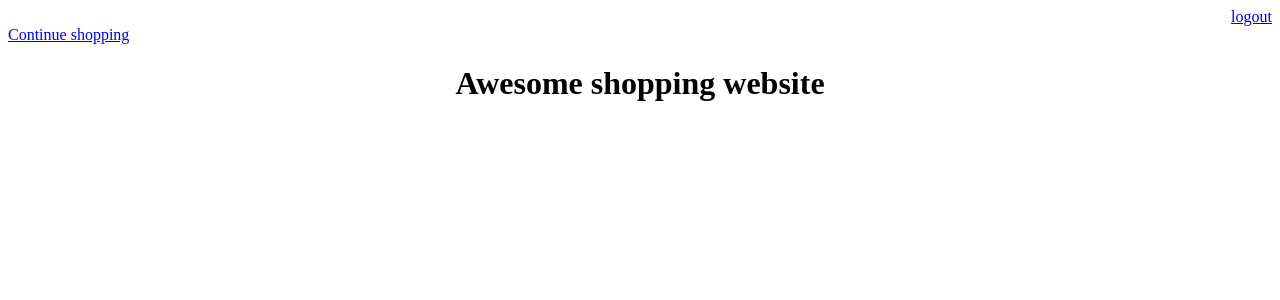
Repository: balu-sadanandan/demo-Shopping-cart-application
Page: http://localhost/shopping-cart/proddesc.jsp
An editor plug-in stored every save of this project. The page is shown before and after the next save, followed by the edit.
The browser window is 1280 px wide. The pictures show the whole page.
The page is served by Tomcat 9. Other server files are loaded and not shown.

Above is the page before, as saved 2017-09-19 04:33:30.

### shopping-cart/WebContent/proddesc.jsp
<%@ page language="java" contentType="text/html; charset=ISO-8859-1"
    pageEncoding="ISO-8859-1"%>
<!DOCTYPE html PUBLIC "-//W3C//DTD HTML 4.01 Transitional//EN" "http://www.w3.org/TR/html4/loose.dtd">
<html>
<head>
<meta http-equiv="Content-Type" content="text/html; charset=ISO-8859-1">
<title>Awesome shopping website</title>
</head>
<body>
 <div align="right">
    <a href="logout">logout</a>

</div>
   <div align="left">
    <a href="listp">Continue shopping</a>

</div>
 <center>
        <h1>Awesome shopping website</h1>
    </center>



</body>
</html>

After the next save:
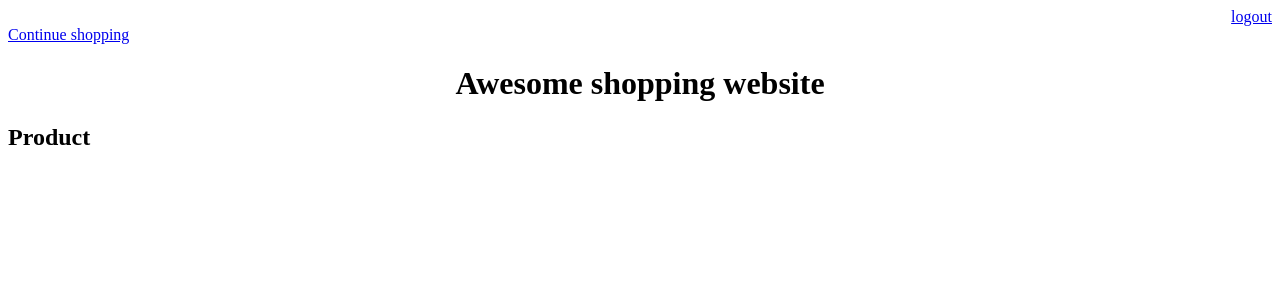
Saved 75 s later.
--- a/shopping-cart/WebContent/proddesc.jsp
+++ b/shopping-cart/WebContent/proddesc.jsp
@@ -18,7 +18,11 @@
  <center>
         <h1>Awesome shopping website</h1>
     </center>
+   </div>
+   <div align="left">
+    <h2>Product</h2>
 
+</div>
 
 
 </body>
